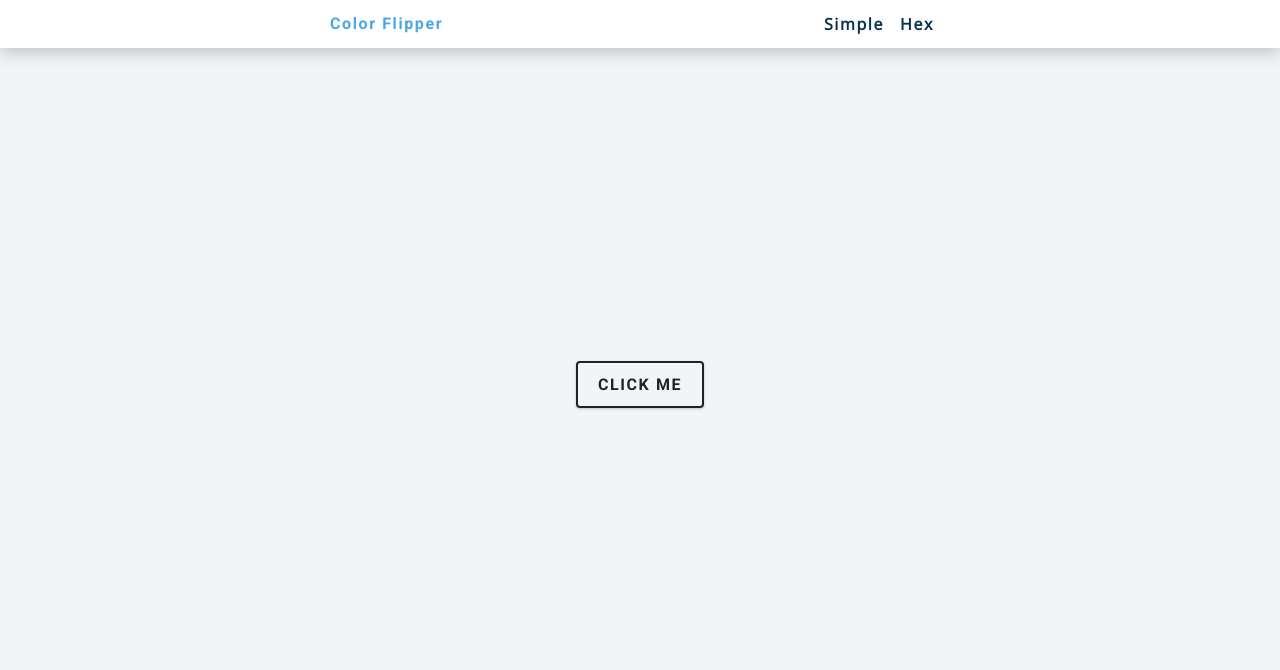
Repository: Vickydew1/ChangeBgcolor
Page: index.html
An editor plug-in stored every save of this project. The page is shown before and after the next save, followed by the edit.
The browser window is 1280 px wide. The pictures show the whole page.

Above is the page before, as saved 2022-01-10 03:09:11.

After the next save:
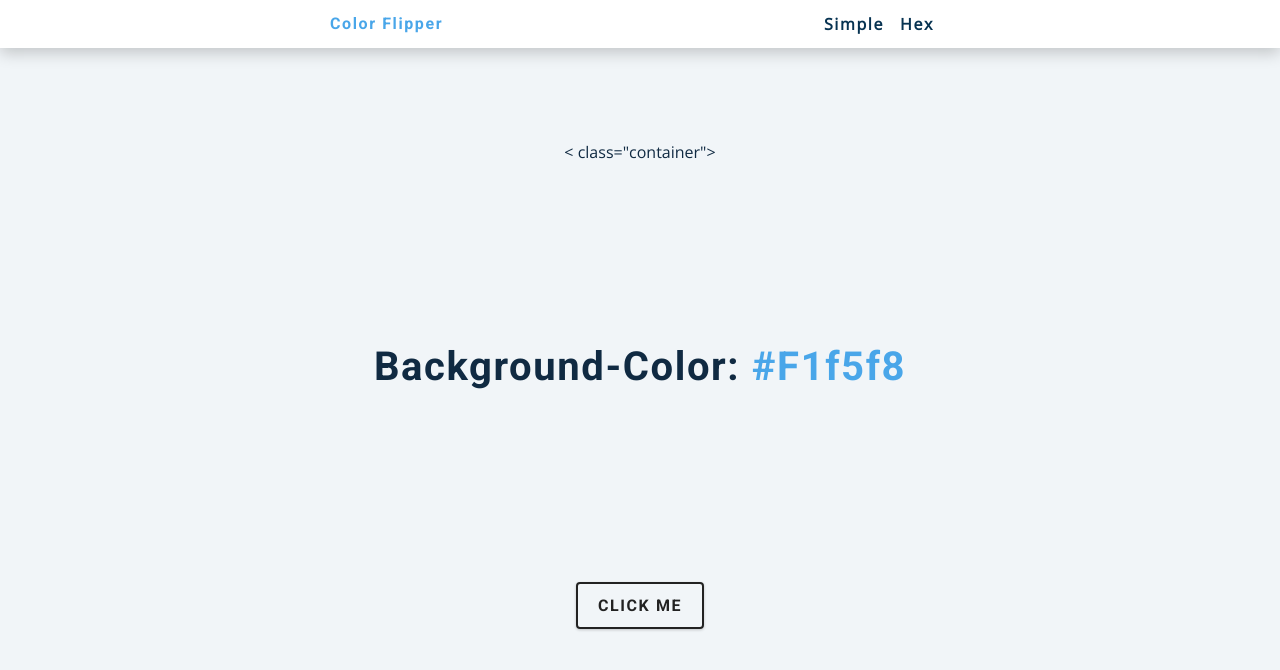
Saved 4 min 19 s later.
--- a/index.html
+++ b/index.html
@@ -23,7 +23,12 @@
       </div>
     </nav>
     <main>
-      <div class="container">
+      < class="container">
+        <h2>
+          Background-color: <span class="color">
+            #f1f5f8
+          </span>
+        </h2>
         <button class="btn btn-hero" id="btn">Click Me</button>
       </div>
     </main>
